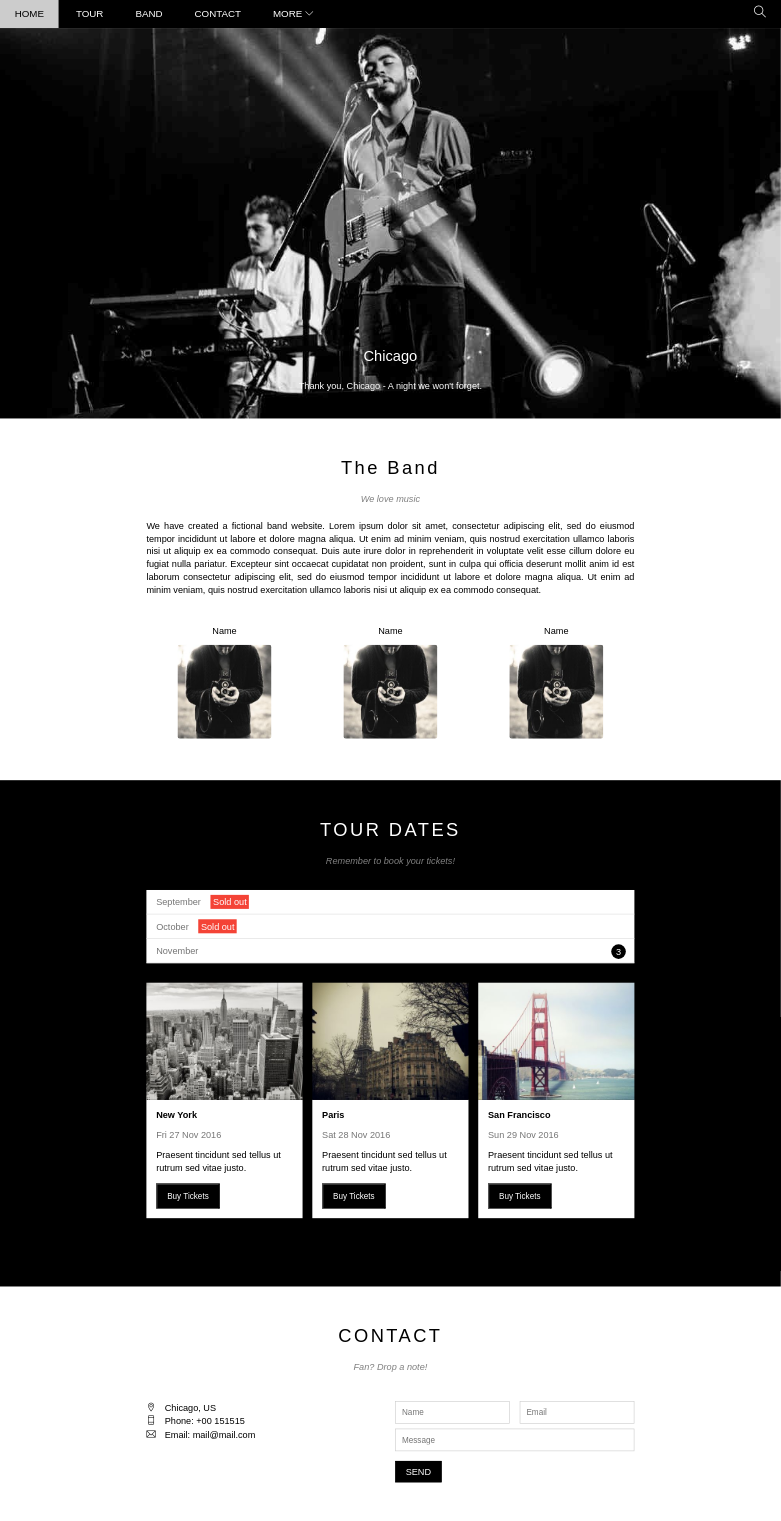
Repository: ducvui2003/LTCB
Page: index.html
An editor plug-in stored every save of this project. The page is shown before and after the next save, followed by the edit.
The browser window is 1280 px wide. The pictures show the whole page, at 61% of full size.

Above is the page before, as saved 2022-01-13 10:56:18.

### index.html
<!DOCTYPE html>
<html lang="en">

<head>
    <meta charset="UTF-8">
    <meta http-equiv="X-UA-Compatible" content="IE=edge">
    <meta name="viewport" content="width=device-width, initial-scale=1.0">
    <title>The Band W3_School</title>
    <link rel="stylesheet" href="./assest/Css/styles.css">
    <link rel="stylesheet" href="./assest/Fonts/themify-icons-font (1)/themify-icons/themify-icons.css">
</head>

<body>
    <div id="main">
        <!-- Begin: Header -->
        <div id="header">
            <!-- Begin: Nav -->
            <ul id="nav">
                <li>
                    <a href="">Home</a>
                </li>
                <li>
                    <a href="">Tour</a>
                </li>
                <li>
                    <a href="">Band</a>
                </li>
                <li>
                    <a href="">Contact</a>
                </li>
                <li>
                    <a href="">
                        More
                        <!-- icons -->
                        <i class="nav-arrow-down ti-angle-down"></i>
                    </a>
                    <ul class="subnav">
                        <li>
                            <a href="">Merchandise</a>
                        </li>
                        <li>
                            <a href="">Extras</a>
                        </li>
                        <li>
                            <a href="">Media</a>
                        </li>
                    </ul>
                </li>
            </ul>
            <!-- End: Nav -->
            <!-- Begin: Search button -->
            <div class="search-button">
                <i class="search-icon ti-search"></i>
            </div>
            <!-- End: Search button -->
        </div>
        <!-- End: Header -->

        <!-- Begin: Slides -->
        <div id="slides">
            <div class="text-content">
                <h2 class="text-heading">Chicago</h2>
                <div class="text-paragraph">Thank you, Chicago - A night we won't forget.
                </div>
            </div>
        </div>
        <!-- End: Slides -->

        <!-- Begin: Content -->
        <div id="content">

            <!-- About section -->
            <div class="content-section">
                <h1 class="section-heading">The Band</h1>
                <p class="section-sub-heading">We love music

                </p>
                <p class="content-text">We have created a fictional band website. Lorem ipsum dolor sit amet, consectetur adipiscing elit, sed do eiusmod tempor incididunt ut labore et dolore magna aliqua. Ut enim ad minim veniam, quis nostrud exercitation ullamco laboris nisi
                    ut aliquip ex ea commodo consequat. Duis aute irure dolor in reprehenderit in voluptate velit esse cillum dolore eu fugiat nulla pariatur. Excepteur sint occaecat cupidatat non proident, sunt in culpa qui officia deserunt mollit anim
                    id est laborum consectetur adipiscing elit, sed do eiusmod tempor incididunt ut labore et dolore magna aliqua. Ut enim ad minim veniam, quis nostrud exercitation ullamco laboris nisi ut aliquip ex ea commodo consequat.</p>

                <!-- Team section -->
                <div class="row member-list">
                    <div class="col col-third text-align">
                        <p class="member-name">Name</p>
                        <img src="./assest/Img/Teams/membersAvatar.jpg" alt="Name" class="member-avatar">
                    </div>

                    <div class="col col-third text-align">
                        <p class="member-name">Name</p>
                        <img src="./assest/Img/Teams/membersAvatar.jpg" alt="Name" class="member-avatar">
                    </div>

                    <div class="col col-third text-align">
                        <p class="member-name">Name</p>
                        <img src="./assest/Img/Teams/membersAvatar.jpg" alt="Name" class="member-avatar">
                    </div>

                </div>
            </div>

            <!-- Tour section -->
            <div class="tour-section">
                <div class="content-section">
                    <h1 class=" text-white section-heading">TOUR DATES</h1>
                    <p class="text-white section-sub-heading">Remember to book your tickets!</p>

                    <!-- Ticket-list -->
                    <ul class="ticket-list">
                        <li>September<span class="sold-out">Sold out</span></li>
                        <li>October<span class="sold-out">Sold out</span></li>
                        <li>November <span class="quantity">3</span></li>
                    </ul>

                    <!-- Places -->
                    <div class="row place-list">
                        <!-- Place 1 -->
                        <div class="col col-third">
                            <img src="./assest/Img/Places/place1.jpg" alt="New York" class="place-img">
                            <div class="place-body">
                                <h3 class="place-heading">New York</h3>
                                <p class="place-time">Fri 27 Nov 2016</p>
                                <p class="place-desc">Praesent tincidunt sed tellus ut rutrum sed vitae justo.</p>
                                <button class="buy-ticket js-buy-ticket">Buy Tickets</button>
                            </div>
                        </div>
                        <!-- Place 2 -->
                        <div class="col col-third">
                            <img src="./assest/Img/Places/place2.jpg" alt="Paris" class="place-img">
                            <div class="place-body">
                                <h3 class="place-heading">Paris</h3>
                                <p class="place-time">Sat 28 Nov 2016</p>
                                <p class="place-desc">Praesent tincidunt sed tellus ut rutrum sed vitae justo.</p>
                                <button class="buy-ticket js-buy-ticket">Buy Tickets</button>
                            </div>
                        </div>
                        <!-- Place 3 -->
                        <div class="col col-third">
                            <img src="./assest/Img/Places/place3.jpg" alt="San Francisco" class="place-img">
                            <div class="place-body">
                                <h3 class="place-heading">San Francisco</h3>
                                <p class="place-time">Sun 29 Nov 2016</p>
                                <p class="place-desc">Praesent tincidunt sed tellus ut rutrum sed vitae justo.</p>
                                <button class="buy-ticket js-buy-ticket">Buy Tickets</button>
                            </div>
                        </div>

                    </div>
                </div>
            </div>

            <!-- Contact section -->
            <div class="content-section">
                <h1 class="section-heading">CONTACT</h1>
                <p class="section-sub-heading">Fan? Drop a note! </p>

                <div class="row contact-content">
                    <div class="col col-half contact-info">
                        <p><i class="ti-location-pin"></i>Chicago, US</p>
                        <p><i class="ti-mobile"></i>Phone: +00 151515</p>
                        <p><i class="ti-email"></i>Email: mail@mail.com</p>
                    </div>
                    <div class="col col-half contact-form">
                        <!-- Form -->
                        <form action="">
                            <div class="row ">

                                <div class="col col-half ">
                                    <input type="text" placeholder="Name" class="form-control">
                                </div>

                                <div class="col col-half">
                                    <input type="email" placeholder="Email" class="form-control">
                                </div>

                            </div>
                            <div class="row mt-8">
                                <div class="col col-full">
                                    <input type="text" placeholder="Message" class="form-control">
                                </div>
                            </div>
                            <input class="form-submit-btn mt-16" type="submit" value="SEND">
                        </form>
                    </div>

                </div>
            </div>

        </div>

        <!-- End: Content -->
        <div id="footer"></div>
    </div>
    </div>

    <!-- Modal -->
    <div class="modal js-modal">

        <div class="modal-container js-modal-container">
            <div class="modal-close js-modal-close">
                <ti class="ti-close"></ti>
            </div>

            <!-- Thẻ header dùng y như thẻ div -->
            <header class="heading-modal">
                <i class="ti-bag">
            Tickets
            </i>
            </header>

            <div class="modal-body">
                <!-- quantity is id of input, it help user focus in label -->
                <label for="ticket-quantity" class="modal-label">
                    <i class="ti-shopping-cart"></i>
                    Tickets, $15 per person
                </label>
                <input id="ticket-quantity" type="text" class="modal-input" placeholder="How many?">

                <!-- quantity is id of input, it help user focus in label -->
                <label for="ticket-email" class="modal-label">
                    <i class="ti-user"></i>
                    Send To
                </label>
                <input id="ticket-email" type="email" class="modal-input" placeholder="Enter email">
                <button class="pay-ticket">
                    Pay
                    <i class="ti-check">
                    </i>
                </button>
            </div>

            <footer class="modal-footer">
                <p class="modal-help">Need <a href="">help?</a></p>
            </footer>
        </div>
    </div>


    <script>
        // querySelectorAll: Lấy ra tất cả
        const buyBtns = document.querySelectorAll('.js-buy-ticket')
            // querySelector: Lấy ra 1 thành phần
        const modal = document.querySelector('.modal')
        const modalClose = document.querySelector('.js-modal-close')
        const modalContainer = document.querySelector('.js-modal-container')

        // Function use to show modal tickets(add open to .modal)
        function showBuyTickets() {
            modal.classList.add('open')
        }

        // Function use to hide modal tikets (remove open of .modal)
        function hideBuyTickets() {
            modal.classList.remove('open')
        }

        // Loop 3 button and listen Event Click
        // Run 3 rounds
        for (const buyBtn of buyBtns) {
            // addEventListner: lắng nghe hành vi người dung (click chuột) bên trong là thao tác kèm theo đó là hành động xảy ra sau khi click vào đó, ở đây t để 1 hàm sau dâu (,) để show menu ticket
            buyBtn.addEventListener('click', showBuyTickets)
        }
        // Listen Event when user clicked button close

        modalClose.addEventListener('click', hideBuyTickets)

        modal.addEventListener('click', hideBuyTickets)

        modalContainer.addEventListener('click', function(event) {
            event.stopPropagation()
        })
    </script>
</body>

</html>

### assest/Css/styles.css
/* Common */

* {
    padding: 0;
    margin: 0;
    box-sizing: border-box;
}

html {
    font-family: Arial, Helvetica, sans-serif;
}


/* .clear {
    clear: both;
} */

.mt-8 {
    margin-top: 8px !important;
}

.mt-16 {
    margin-top: 16px !important;
}

.text-white {
    color: white !important;
}

.text-align {
    text-align: center !important;
}

.row {
    margin: 0px -8px;
}


/* peasudo class  */

.row::after {
    content: "";
    display: block;
    clear: both;
}

.col {
    float: left;
    padding: 0 8px;
}

.col-full {
    width: 100%;
}

.col-half {
    width: 50%;
}

.col-third {
    width: calc(100% / 3);
}


/* main */

#main {}

#header {
    position: fixed;
    top: 0;
    right: 0;
    left: 0;
    /* fixed đang nổi lên nó sẽ nhường vị trí cho div slides tiếp theo */
    height: 46px;
    background-color: black;
    z-index: 1;
    /* dùng để thêm vào thẻ fixed nhằm đẩy block lên trên các block khác theo chiều cao, giá trị là 0, 1,... */
}

#nav {
    display: inline-block;
    /* display để thẻ nav chỉ dài đúng nội dung của nó thôi */
}

#nav,
.subnav {
    list-style: none;
}

#nav>li {
    display: inline-block;
}

#nav li {
    position: relative;
}

#nav>li>a {
    color: white;
    text-transform: uppercase;
    /* chinh chu thuong thanh hoa */
}

#nav li a {
    text-decoration: none;
    line-height: 46px;
    padding: 0 24px;
    display: block;
}

#nav li:hover .subnav {
    display: block;
}

#nav>li:hover>a,
#nav .subnav li:hover a {
    background-color: #ccc;
    color: black;
}

#nav li:hover a {
    /* line-height: 46px; */
}

#nav .subnav {
    display: none;
    position: absolute;
    top: 46px;
    background-color: #fff;
    box-shadow: 0 0 10px rgba(0, 0, 0, 0.3);
}

#nav .subnav li a {
    color: black;
    padding: 0 16px;
    line-height: 38px;
    width: 160px;
}

#nav .nav-arrow-down {
    font-size: 14px;
}

#header .search-button {
    float: right;
    /* thẻ search-button là thẻ div, có tính kế thừa chiều ngang, nên khi float vào sẽ vô hiệu hoá tính kế thừa chiều ngang đó */
    line-height: 46px;
    padding: 0 24px;
}

#header .search-button:hover {
    background-color: #f44336;
    cursor: pointer;
    /* Dùng để thay đổi con trỏ chuột khi di vào */
}

#header .search-icon {
    color: white;
    font-size: 20px;
}

#slides {
    /* min-height: 1000px; */
    /* background-color: pink; */
    margin-top: 46px;
    padding-top: 50%;
    /* 50% chieu ngang cua chinh the do */
    background: url('/assest/Img/Slides/ChicagoPicture.jpg') top center / cover no-repeat;
    /* shorthand */
    position: relative;
}

#slides .text-content {
    position: absolute;
    bottom: 46px;
    left: 50%;
    /* Cách lề trái 50% chiều ngang */
    transform: translateX(-50%);
    /* Dùng để lùi thẻ theo trục X 50% chiều dài -> Mục đích kết hợp vs transform để căn giữa block */
    color: white;
    text-align: center;
    /* Dùng để căn giữa content, ko dùng để căn block */
    /* cách 2: Thêm width: 100% */
    /* /* cách 3 left: 0 right: 0; */
}

#slides .text-heading {
    font-weight: 500;
    /* dùng để điều chỉnh lại độ dày của chữ, giá trị từ 100-1000  */
    font-size: 24px;
    margin-bottom: 25px;
}

#slides .text-paragraph {
    font-size: 15px;
}

#content {}

#content .content-section {
    width: 800px;
    padding: 64px 0;
    margin-left: auto;
    margin-right: auto;
}

#content .section-heading {
    font-size: 30px;
    font-weight: 500;
    text-align: center;
    letter-spacing: 4px;
}

#content .section-sub-heading {
    font-size: 15px;
    text-align: center;
    margin-top: 25px;
    font-style: italic;
    opacity: 0.5;
}

#content .content-text {
    font-size: 15px;
    margin-top: 25px;
    text-align: justify;
    /* Can deu van ban */
    line-height: 1.4;
    /* Khoang cach giua 2 hang chu */
}

#content .member-list {
    margin-top: 48px;
    /* overflow: hidden; */
}

#content .member-name {
    font-size: 15px;
}

#content .member-avatar {
    margin-top: 15px;
    width: 154px;
    /* Dung the <img> thì chỉ cần đặt 1 chiều */
    border-radius: 4px;
    /* Dùng để tạo bo góc của ảnh */
}


/* Tour-section */

#content .tour-section {
    background-color: black;
}


/* Ticket-list */

.ticket-list {
    background-color: white;
    margin-top: 40px;
}

.ticket-list li {
    font-size: 15px;
    padding: 11px 16px;
    border-bottom: 1px solid #ddd;
    color: #757575;
    list-style: none;
}

.ticket-list .sold-out {
    color: white;
    background-color: #f44336;
    margin-left: 16px;
    padding: 3px 4px;
}

.ticket-list .quantity {
    float: right;
    width: 24px;
    height: 24px;
    border-radius: 50%;
    /* Tao bop goc deu de co hinh tron */
    text-align: center;
    line-height: 24px;
    background-color: black;
    color: white;
    margin: -2px;
    /* Có thẻ float nên có thuộc tính block -> xét đc width, height, dùng đc margin (-) */
}


/* Plac-list */

.place-list {
    margin-top: 32px;
    padding-bottom: 48px;
}


/* .place-ticket {
    width: calc(100% / 3);
} */

.place-img {
    width: 100%;
    display: block;
}

.place-img:hover {
    opacity: 0.6;
}

.place-body {
    background-color: white;
    padding: 16px;
    font-size: 15px;
    /* font-size có tính kế thừa */
}

.place-heading {
    font-size: 15px;
    font-weight: 600;
}

.place-time {
    margin-top: 15px;
    color: #757575;
}

.place-desc {
    margin-top: 15px;
    line-height: 1.4;
}

.buy-ticket {
    color: white;
    background-color: black;
    text-decoration: none;
    display: inline-block;
    padding: 11px 16px;
    margin-top: 15px;
}

.buy-ticket:hover {
    color: black;
    background-color: #ccc;
}


/* Contact -form */

.contact-content {
    margin-top: 48px;
}

.contact-info {
    font-size: 15px;
    line-height: 1.5;
}

.contact-info i[class*="ti-"] {
    width: 30px;
    display: inline-block;
}

.contact-form {
    font-size: 15px;
}

.contact-form .form-control {
    padding: 10px;
    border: 1px solid #ccc;
    width: 100%;
}

.form-submit-btn {
    color: white;
    background-color: black;
    padding: 8px 16px;
    border: 1px solid black;
    font-size: 15px;
}

#footer {}


/* Modal */

.modal {
    /* Create Overlay */
    position: fixed;
    left: 0;
    right: 0;
    top: 0;
    bottom: 0;
    background-color: rgba(0, 0, 0, 0.4);
    /* Flex-box */
    /* Căn items theo chiều cao */
    align-items: center;
    /* Căn items theo chiều ngang */
    justify-content: center;
    display: none;
}

.modal.open {
    display: flex;
}

.modal-container {
    background-color: #fff;
    width: 900px;
    max-width: calc(100% - 32px);
    min-height: 200px;
    position: relative;
    animation: modalFadeIn ease 0.5s;
}

.modal-container .modal-close {
    position: absolute;
    top: 0;
    right: 0;
    font-size: 24px;
    color: white;
    /* Make Icon large */
    padding: 12px;
}

.modal-container .modal-close:hover {
    color: black;
    background-color: #ccc;
    cursor: pointer;
    opacity: 0.8;
}

.heading-modal {
    width: 100%;
    height: 129px;
    /* flex */
    display: flex;
    align-items: center;
    justify-content: center;
    background-color: #009688;
    font-size: 30px;
    color: white;
    font-family: 'Segoe UI', Tahoma, Geneva, Verdana, sans-serif;
    letter-spacing: 4px;
}

.modal-body {
    padding: 16px;
}

.modal-label {
    display: block;
    font-size: 15px;
    margin-bottom: 12px;
}

.modal-input {
    padding: 8px;
    border: 1px solid #ccc;
    width: 100%;
    font-size: 15px;
    margin-bottom: 24px;
}

.pay-ticket {
    width: 100%;
    padding: 18px;
    background-color: #009688;
    color: white;
    font-size: 15px;
    border: 0px none;
    text-transform: uppercase;
}

.pay-ticket:hover {
    color: black;
    background-color: #ccc;
    cursor: pointer;
    opacity: 0.9;
}

.modal-footer {
    padding: 16px;
    text-align: right;
}

.modal-footer .modal-help a {
    color: #2196F3;
}


/* animation */

@keyframes modalFadeIn {
    from {
        opacity: 0;
        transform: translateY(-140px);
    }
    to {
        opacity: 1;
        transform: translateY(0);
    }
}

Loaded but not shown: assest/Fonts/themify-icons-font (1)/themify-icons/themify-icons.css (common file)

After the next save:
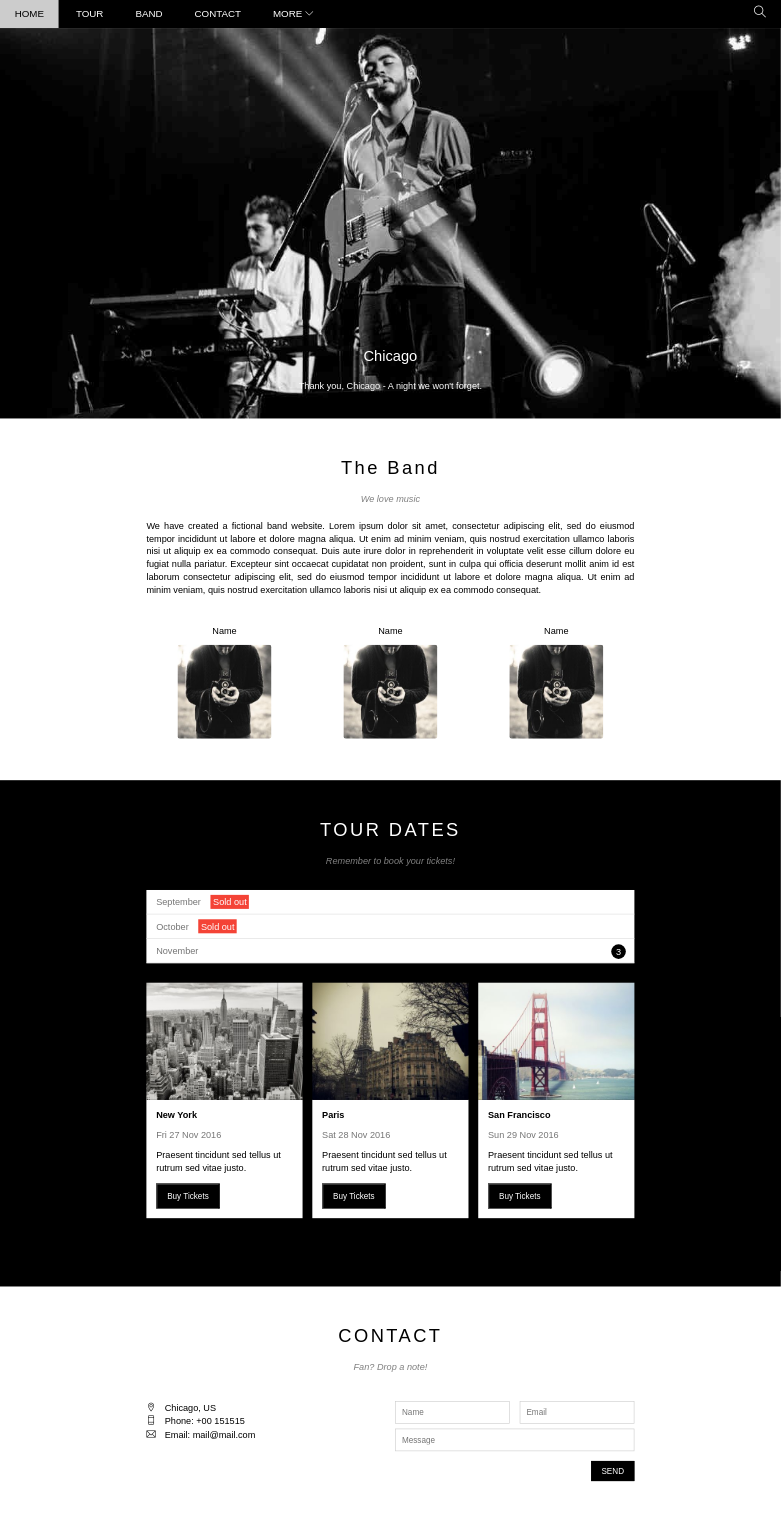
Saved 43 s later.
--- a/assest/Css/styles.css
+++ b/assest/Css/styles.css
@@ -380,7 +380,7 @@
     background-color: black;
     padding: 8px 16px;
     border: 1px solid black;
-    font-size: 15px;
+    float: right;
 }
 
 #footer {}
